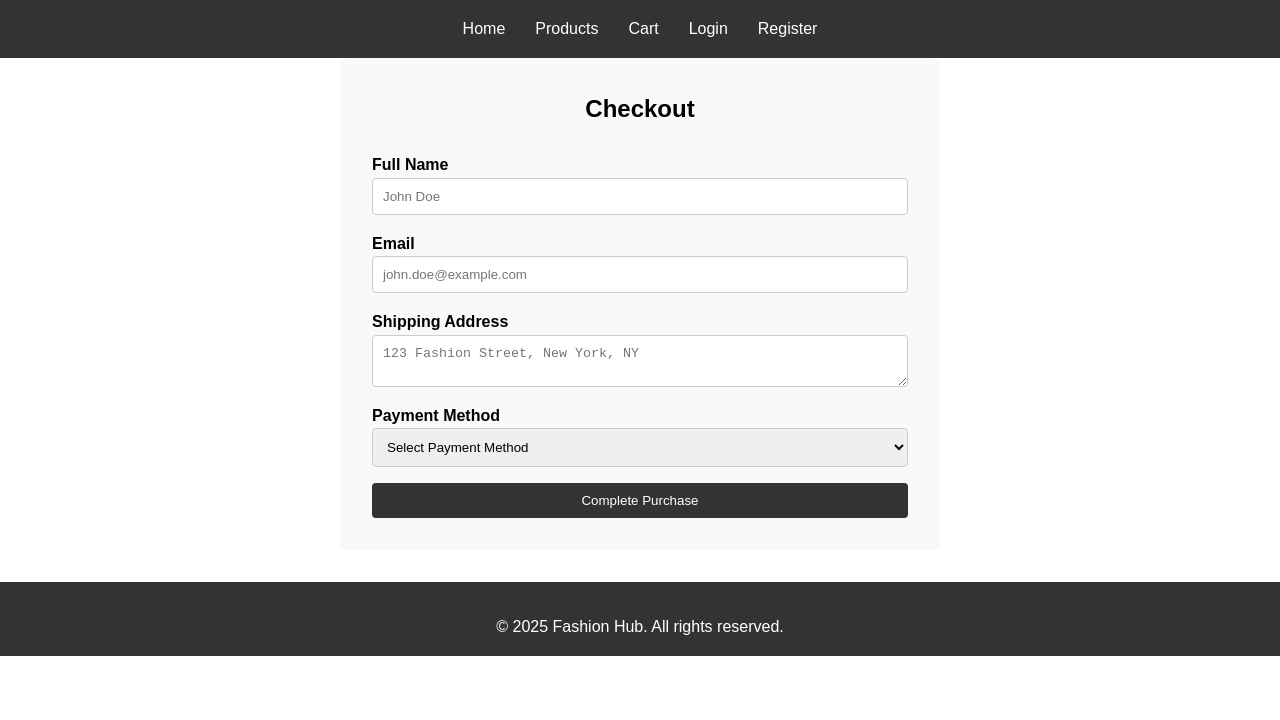
Repository: Patience225/ecommerce-app
Page: checkout.html
These files come from the project's save history. The page is drawn as it stood at one moment and after the next save; the edit follows.
The browser window is 1280 px wide. The pictures show the whole page.

Above is the page before, as saved 2025-01-30 10:04:46.

After the next save:
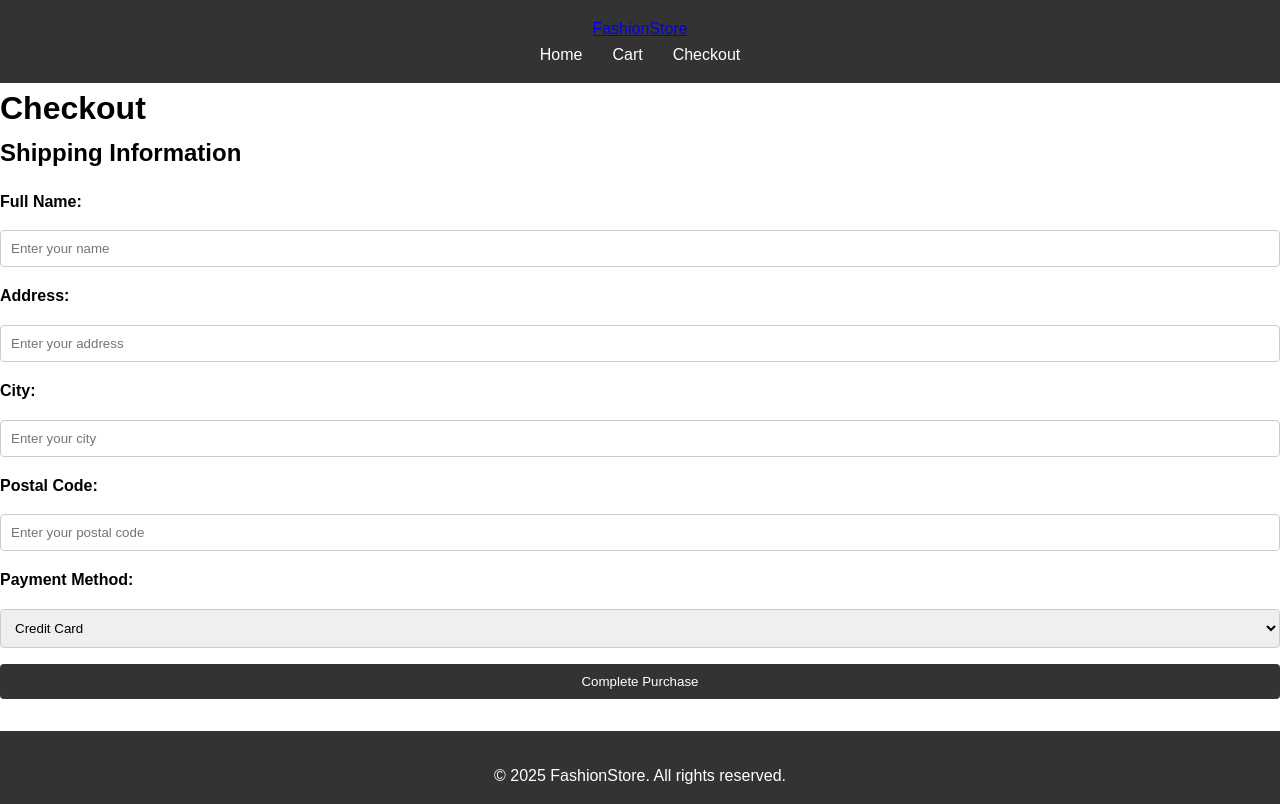
Saved 7 min 7 s later.
--- a/checkout.html
+++ b/checkout.html
@@ -3,58 +3,52 @@
 <head>
   <meta charset="UTF-8">
   <meta name="viewport" content="width=device-width, initial-scale=1.0">
-  <title>Checkout - Fashion Hub</title>
+  <title>Checkout - FashionStore</title>
   <link rel="stylesheet" href="css/style.css">
 </head>
 <body>
   <header>
-    <nav>
-      <ul>
+    <nav class="navbar">
+      <a href="index.html" class="logo">FashionStore</a>
+      <ul class="nav-links">
         <li><a href="index.html">Home</a></li>
-        <li><a href="product.html">Products</a></li>
         <li><a href="cart.html">Cart</a></li>
-        <li><a href="login.html">Login</a></li>
-        <li><a href="register.html">Register</a></li>
+        <li><a href="checkout.html" class="active">Checkout</a></li>
       </ul>
     </nav>
   </header>
 
   <main>
-    <section class="checkout">
-      <h1>Checkout</h1>
+    <h1>Checkout</h1>
+    <section class="checkout-form">
       <form id="checkout-form">
-        <div class="form-group">
-          <label for="name">Full Name</label>
-          <input type="text" id="name" name="name" required placeholder="John Doe">
-        </div>
+        <h2>Shipping Information</h2>
+        <label for="full-name">Full Name:</label>
+        <input type="text" id="full-name" placeholder="Enter your name" required>
 
-        <div class="form-group">
-          <label for="email">Email</label>
-          <input type="email" id="email" name="email" required placeholder="john.doe@example.com">
-        </div>
+        <label for="address">Address:</label>
+        <input type="text" id="address" placeholder="Enter your address" required>
 
-        <div class="form-group">
-          <label for="address">Shipping Address</label>
-          <textarea id="address" name="address" required placeholder="123 Fashion Street, New York, NY"></textarea>
-        </div>
+        <label for="city">City:</label>
+        <input type="text" id="city" placeholder="Enter your city" required>
 
-        <div class="form-group">
-          <label for="payment-method">Payment Method</label>
-          <select id="payment-method" name="payment-method" required>
-            <option value="">Select Payment Method</option>
-            <option value="credit-card">Credit Card</option>
-            <option value="paypal">PayPal</option>
-            <option value="bank-transfer">Bank Transfer</option>
-          </select>
-        </div>
+        <label for="postal-code">Postal Code:</label>
+        <input type="text" id="postal-code" placeholder="Enter your postal code" required>
 
-        <button type="submit">Complete Purchase</button>
+        <label for="payment-method">Payment Method:</label>
+        <select id="payment-method" required>
+          <option value="credit-card">Credit Card</option>
+          <option value="paypal">PayPal</option>
+          <option value="bank-transfer">Bank Transfer</option>
+        </select>
+
+        <button type="submit" class="checkout-button">Complete Purchase</button>
       </form>
     </section>
   </main>
 
   <footer>
-    <p>&copy; 2025 Fashion Hub. All rights reserved.</p>
+    <p>&copy; 2025 FashionStore. All rights reserved.</p>
   </footer>
 
   <script src="js/checkout.js"></script>
